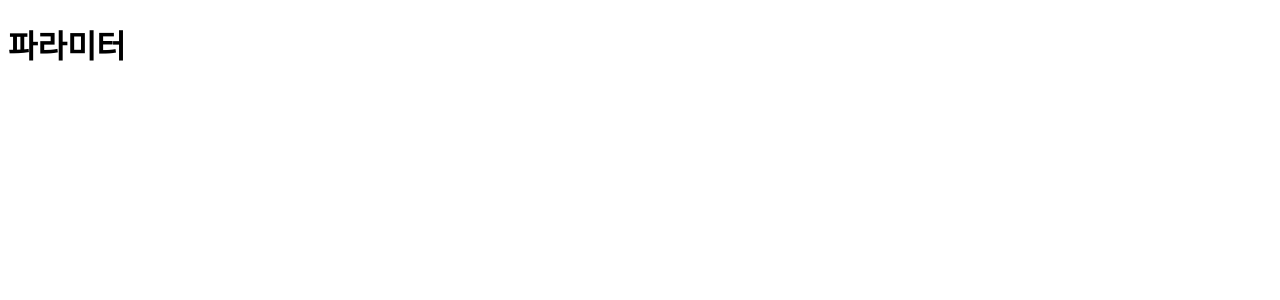
Repository: noopzzya/study_jsp_globalin
Page: ServletProject/src/main/webapp/Sport.html
An editor plug-in stored every save of this project. The page is shown before and after the next save, followed by the edit.
The browser window is 1280 px wide. The pictures show the whole page.

Above is the page before, as saved 2023-01-26 03:12:47.

After the next save:
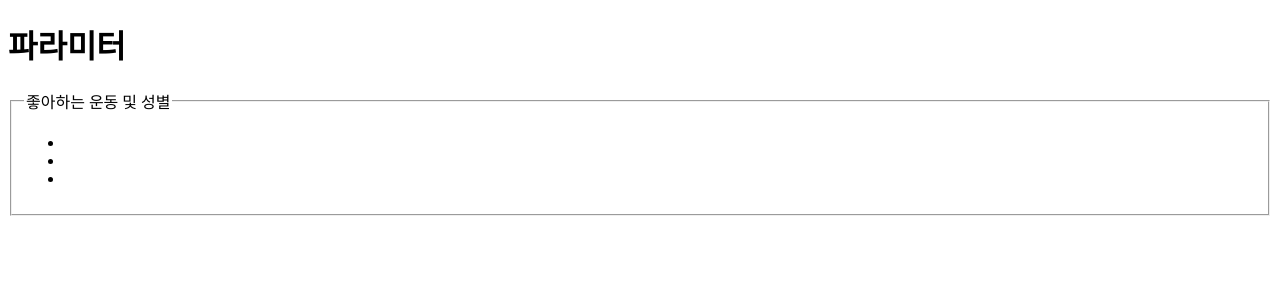
Saved 2 min 27 s later.
--- a/ServletProject/src/main/webapp/Sport.html
+++ b/ServletProject/src/main/webapp/Sport.html
@@ -6,7 +6,16 @@
 </head>
 <body>
 <h1>파라미터</h1>
-<form action="Sport" method="post"></form>
+	<form action="Sport" method="post">
+		<fieldset>
+			<legend>좋아하는 운동 및 성별</legend>
+			<ul>
+				<li></li>
+				<li></li>
+				<li></li>
+			</ul>
+		</fieldset>
 
+	</form>
 </body>
 </html>
